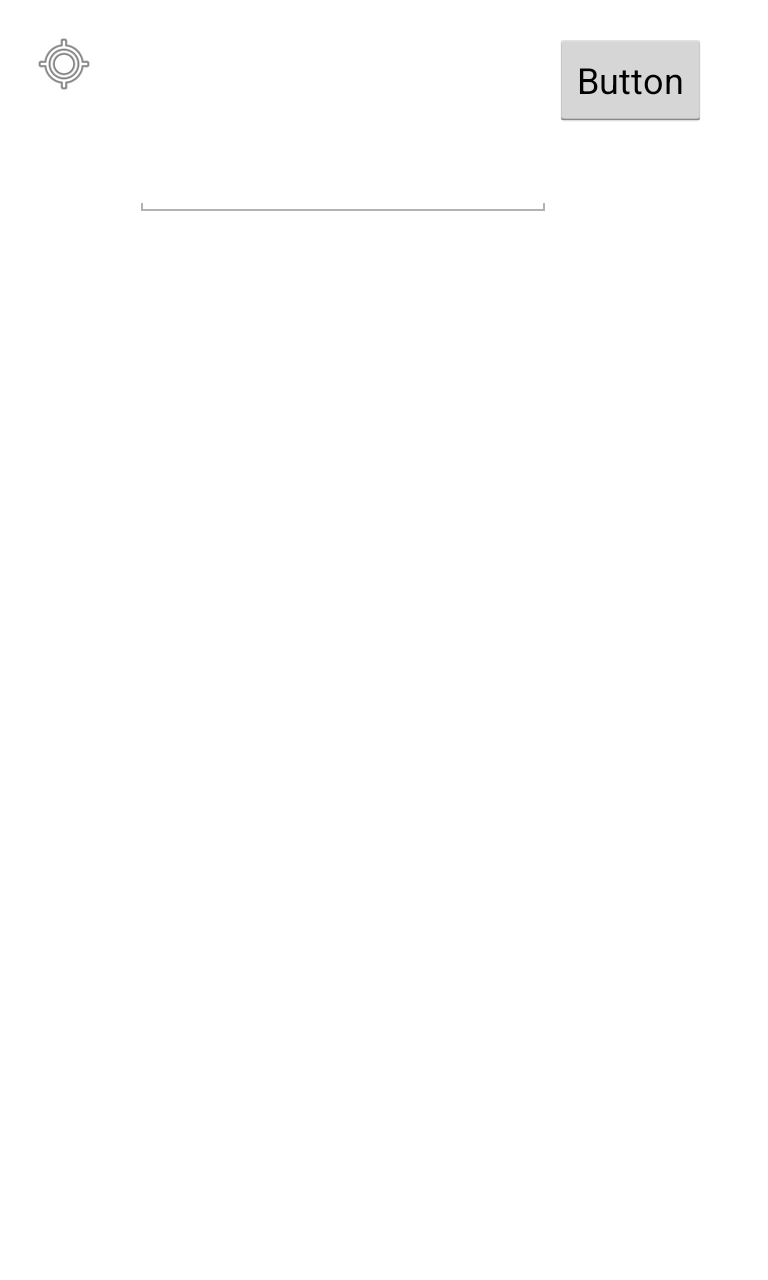
Repository: SimonRichards/unlate
Layout: unlate/res/layout/activity_main.xml
These files come from the project's save history. The layout is drawn as it stood at one moment and after the next save; the edit follows.
It is drawn on a 768 x 1280 px phone screen (xhdpi) without system bars, with theme AppTheme; the app's code is not run.

Above is the layout before, as saved 2013-12-06 22:48:44.

### unlate/res/layout/activity_main.xml
<RelativeLayout xmlns:android="http://schemas.android.com/apk/res/android"
    xmlns:tools="http://schemas.android.com/tools"
    android:layout_width="match_parent"
    android:layout_height="match_parent"
    android:paddingBottom="@dimen/activity_vertical_margin"
    android:paddingLeft="@dimen/activity_horizontal_margin"
    android:paddingRight="@dimen/activity_horizontal_margin"
    android:paddingTop="@dimen/activity_vertical_margin"
    tools:context=".MainActivity" >

    <ImageView
        android:id="@+id/imageView1"
        android:layout_width="wrap_content"
        android:layout_height="wrap_content"
        android:layout_alignParentLeft="true"
        android:layout_alignParentTop="true"
        android:src="@android:drawable/ic_menu_mylocation" />

    <EditText
        android:id="@+id/searchBox"
        android:layout_width="wrap_content"
        android:layout_height="wrap_content"
        android:layout_below="@+id/imageView1"
        android:layout_marginTop="22dp"
        android:layout_toLeftOf="@+id/button1"
        android:ems="10" />

    <Button
        android:id="@+id/button1"
        android:layout_width="wrap_content"
        android:layout_height="wrap_content"
        android:layout_alignParentRight="true"
        android:layout_alignTop="@+id/imageView1"
        android:layout_marginRight="14dp"
        android:text="Button" />

</RelativeLayout>

Loaded but not shown: unlate/res/values/styles.xml (common file); unlate/res/values-v11/styles.xml (common file); unlate/res/values-v14/styles.xml (common file); unlate/res/values/dimens.xml (common file)

After the next save:
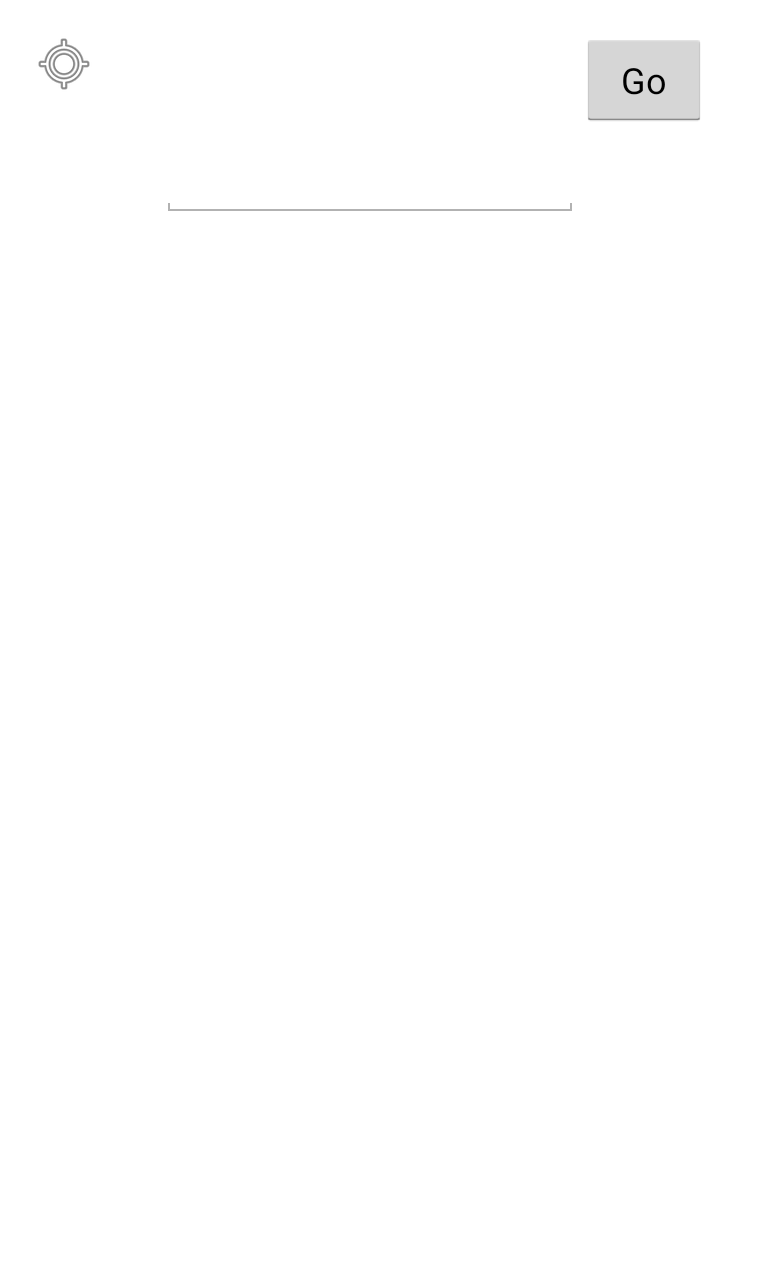
Saved 88 s later.
--- a/unlate/res/layout/activity_main.xml
+++ b/unlate/res/layout/activity_main.xml
@@ -9,7 +9,7 @@
     tools:context=".MainActivity" >
 
     <ImageView
-        android:id="@+id/imageView1"
+        android:id="@+id/destinationImage"
         android:layout_width="wrap_content"
         android:layout_height="wrap_content"
         android:layout_alignParentLeft="true"
@@ -17,21 +17,21 @@
         android:src="@android:drawable/ic_menu_mylocation" />
 
     <EditText
-        android:id="@+id/searchBox"
+        android:id="@+id/destinationBox"
         android:layout_width="wrap_content"
         android:layout_height="wrap_content"
-        android:layout_below="@+id/imageView1"
+        android:layout_below="@+id/destinationImage"
         android:layout_marginTop="22dp"
-        android:layout_toLeftOf="@+id/button1"
+        android:layout_toLeftOf="@+id/goButton"
         android:ems="10" />
 
     <Button
-        android:id="@+id/button1"
+        android:id="@+id/goButton"
         android:layout_width="wrap_content"
         android:layout_height="wrap_content"
         android:layout_alignParentRight="true"
-        android:layout_alignTop="@+id/imageView1"
+        android:layout_alignTop="@+id/destinationImage"
         android:layout_marginRight="14dp"
-        android:text="Button" />
+        android:text="Go" />
 
 </RelativeLayout>
